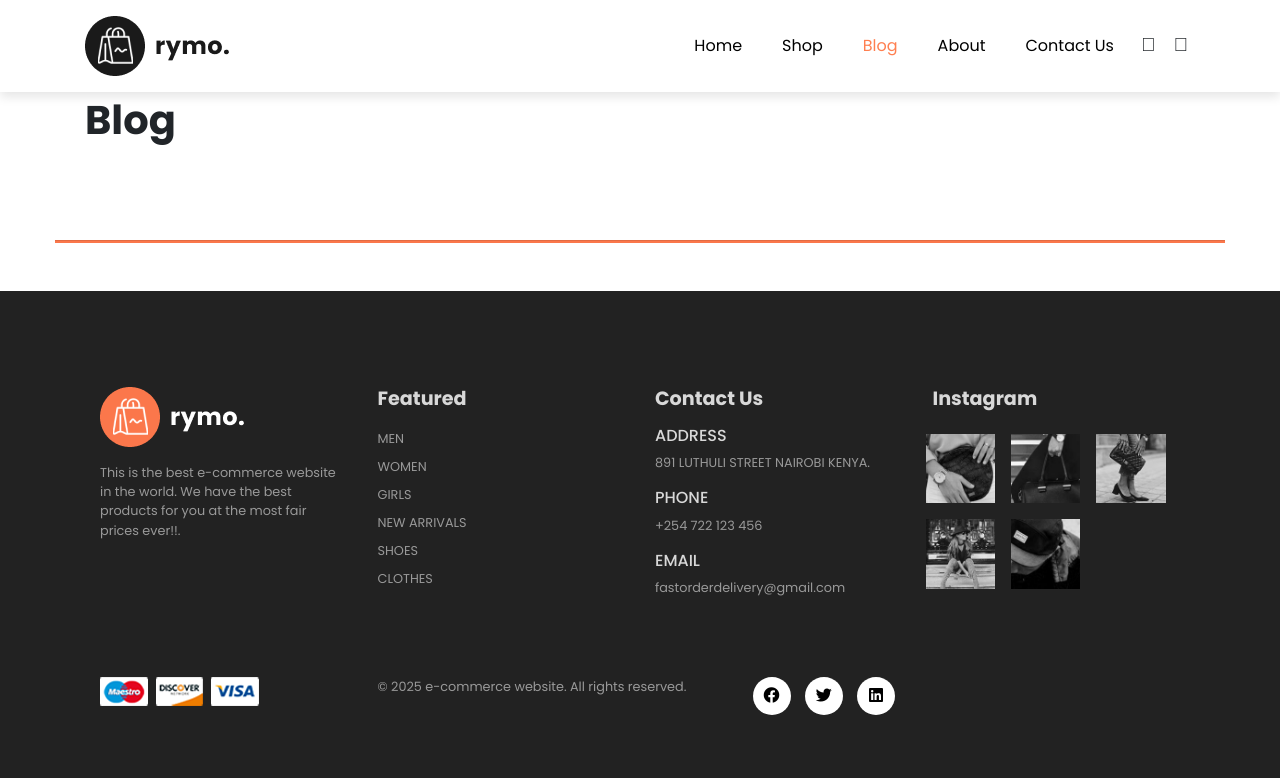
Repository: peter417waweru/e-commerce-UI
Page: blog.html
An editor plug-in stored every save of this project. The page is shown before and after the next save, followed by the edit.
The browser window is 1280 px wide. The pictures show the whole page.
Some web libraries are served in a nearby version.

Above is the page before, as saved 2025-02-09 07:34:25.

After the next save:
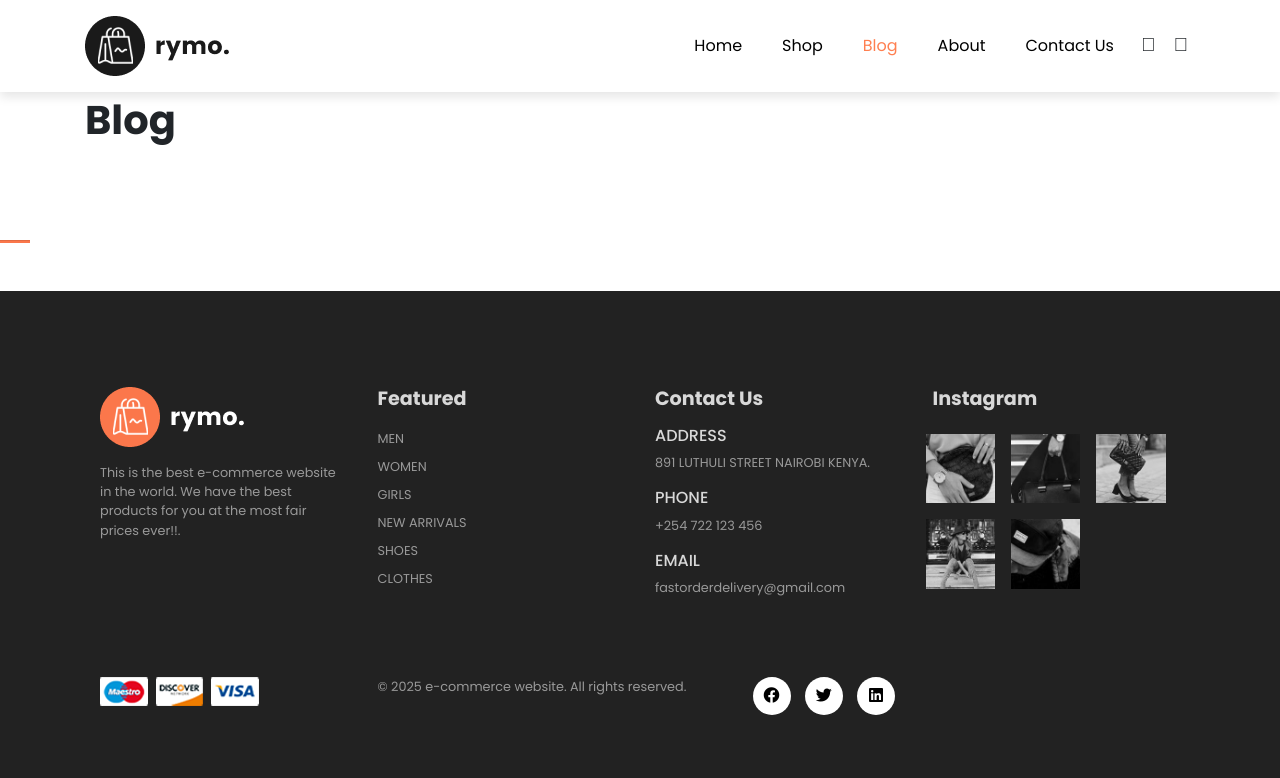
Saved 24 s later.
--- a/blog.html
+++ b/blog.html
@@ -57,7 +57,7 @@
 
         <section id="blog-home">
             <h1 class="container my-5 py-5 font-weight-bold">Blog</h1>
-            <hr class="container">
+            <hr>
         </section>
 
 
